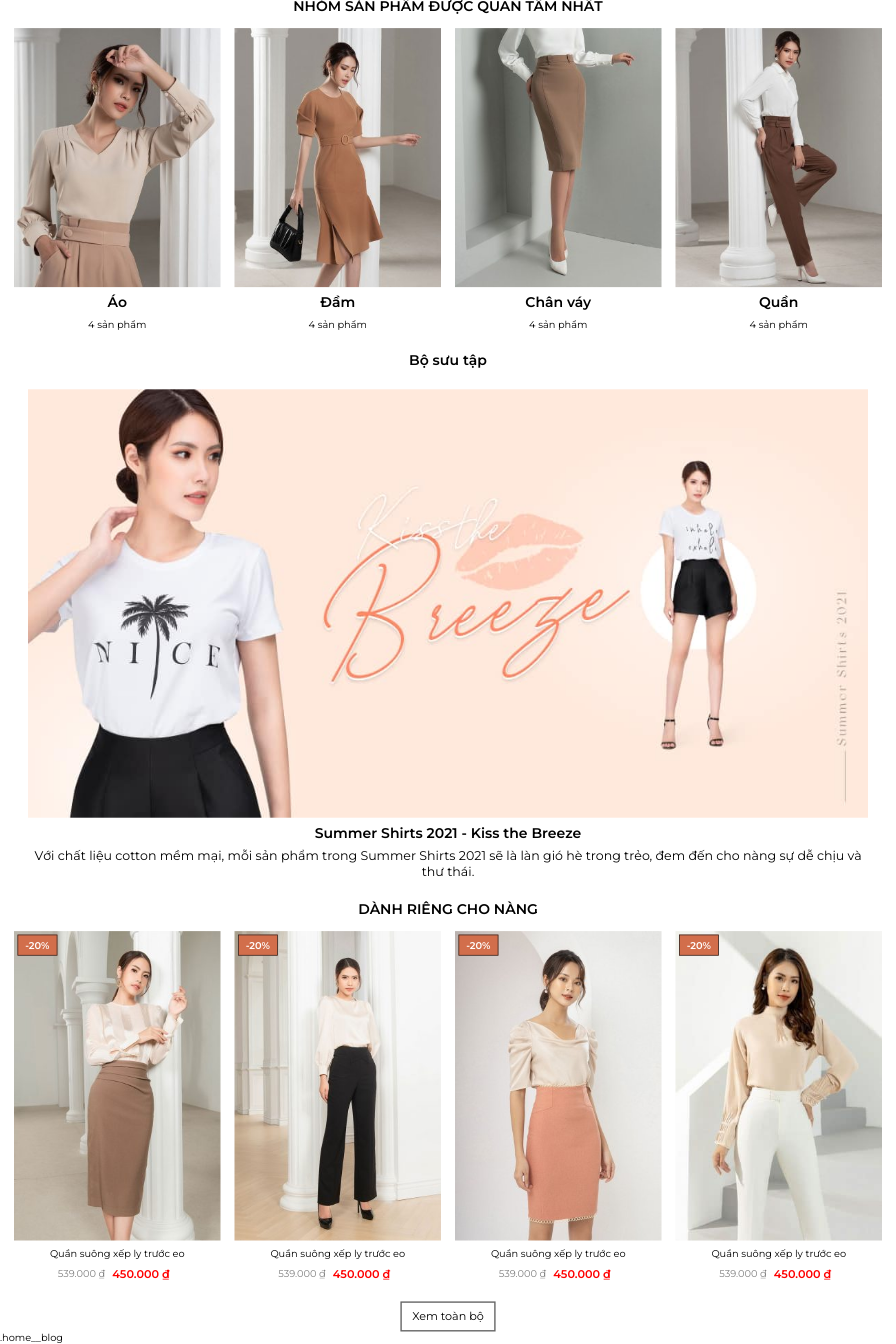
Repository: Nguyenductuan-dev/bt_j2team
Page: index.html
These files come from the project's save history. The page is drawn as it stood at one moment and after the next save; the edit follows.
The browser window is 1280 px wide. The pictures show the part of the page from y = 1413 to 3333 px (the page is 3333 px tall before and 3139 px after), at 70% of full size.

Above is the page before, as saved 2021-12-12 17:10:14.

### index.html
<!DOCTYPE html>
<html lang="en">
<head>
    <meta charset="UTF-8">
    <meta http-equiv="X-UA-Compatible" content="IE=edge">
    <meta name="viewport" content="width=device-width, initial-scale=1.0">
    <link rel="stylesheet" href="css/style.css">
    <link rel="stylesheet" href="./fonts/fontawesome-free-5.15.3-web/css/all.min.css">

    <link rel="preconnect" href="https://fonts.googleapis.com">
    <link rel="preconnect" href="https://fonts.gstatic.com" crossorigin>
    <link href="https://fonts.googleapis.com/css2?family=Montserrat:ital,wght@0,200;0,300;0,400;0,500;0,600;0,700;1,600&display=swap" rel="stylesheet">
    <title>Document</title>
</head>
<body>

    <div class="wrapper">

        <!-- HEADER -->
        <div class="header">

            <div class="header__logo">
                <a class="header__logo_link" href="">
                    <img class="header__logo_img" src="./images/logo.png" alt="">
                </a>
            </div>

            <nav class="header__navbar">
                <ul class="header__navbar_list">
                    <li class="header__navbar_item">
                        <a href="" class="header__navbar_link">Trang chủ</a>
                    </li>
                    <li class="header__navbar_item">
                        <a href="" class="header__navbar_link">Sản phẩm</a>
                    </li>
                    <li class="header__navbar_item">
                        <a href="" class="header__navbar_link">Khuyến mại</a>
                    </li>
                    <li class="header__navbar_item">
                        <a href="" class="header__navbar_link">Tin tức</a>
                    </li>
                    <li class="header__navbar_item">
                        <a href="" class="header__navbar_link">hệ thống cửa hàng</a>
                    </li>
                </ul>
            </nav>

            <div class="header__right">
                <div class="header__search">
                    <i class="fas fa-search header__search-icon"></i>
                </div>

                <div class="header__user">
                    <i class="fas fa-user header__user-icon"></i>
                </div>

                <div class="header__cart">
                    <div class="header__cart_price">
                        0 ₫
                    </div>
                    <div class="header__cart">
                        <i class="fas fa-shopping-cart header__cart_icon"></i>
                    </div>
                </div>
            </div>

        </div>

        <!-- CONTAINER -->
        <div class="container">

            <div class="banner">
                <div class="banner__link">
                    <img src="./images/banner.jpg" alt="" class="banner__img">
                </div>
            </div>
            <!-- Product -->
            <div class="home__product">
                <div class="home__product-heading">
                    <h3 class="home__product-heading-title">
                        TOP SẢN PHẨM MỚI
                    </h3>
                    <p class="home__product-heading-description">
                        Cô nàng hiện đại không thể bỏ lỡ
                    </p>
                </div>
                <div class="home__product-list">
                    <div class="home__product-item">
                        <a href="" class="home__product-item__link">
                            <img src="./images/product1.jpg" alt="" class="home__product-item__img">
                        </a>

                        <a href="">
                            <h3 class="home__product-item__title">
                                Quần suông xếp ly trước eo
                            </h3>
                        </a>
                        <div class="home__product-item__price">
                            <span class="home-product-item__price-old">539.000 ₫</span>
                            <span class="home-product-item__price-current">450.000 ₫</span>
                        </div>

                        <div class="home-product-item__sale-off">
                            <span>-20%</span>
                        </div>

                    </div>
                    <div class="home__product-item">
                        <a href="" class="home__product-item__link">
                            <img src="./images/product2.jpg" alt="" class="home__product-item__img">
                        </a>

                        <a href="">
                            <h3 class="home__product-item__title">
                                Quần suông xếp ly trước eo
                            </h3>
                        </a>
                        <div class="home__product-item__price">
                            <span class="home-product-item__price-old">539.000 ₫</span>
                            <span class="home-product-item__price-current">450.000 ₫</span>
                        </div>

                        <div class="home-product-item__sale-off">
                            <span>-20%</span>
                        </div>

                    </div>
                    <div class="home__product-item">
                        <a href="" class="home__product-item__link">
                            <img src="./images/product3.jpg" alt="" class="home__product-item__img">
                        </a>

                        <a href="">
                            <h3 class="home__product-item__title">
                                Quần suông xếp ly trước eo
                            </h3>
                        </a>
                        <div class="home__product-item__price">
                            <span class="home-product-item__price-old">539.000 ₫</span>
                            <span class="home-product-item__price-current">450.000 ₫</span>
                        </div>

                        <div class="home-product-item__sale-off">
                            <span>-20%</span>
                        </div>

                    </div>
                    <div class="home__product-item">
                        <a href="" class="home__product-item__link">
                            <img src="./images/product4.jpg" alt="" class="home__product-item__img">
                        </a>

                        <a href="">
                            <h3 class="home__product-item__title">
                                Quần suông xếp ly trước eo
                            </h3>
                        </a>
                        <div class="home__product-item__price">
                            <span class="home-product-item__price-old">539.000 ₫</span>
                            <span class="home-product-item__price-current">450.000 ₫</span>
                        </div>

                        <div class="home-product-item__sale-off">
                            <span>-20%</span>
                        </div>
                    </div>
                </div>

                <div class="home__product-total">
                    <a href="" class="home__product-total-link">Xem toàn bộ</a>
                </div>
            </div>

            <!-- Catalogue -->
            <div class="home__catalogue">
                <h3 class="home__catalogue-heading">
                    NHÓM SẢN PHẨM ĐƯỢC QUAN TÂM NHẤT
                </h3>

                <div class="home__catalogue-list">
                    <div class="home__catalogue-item">
                        <a class="home__catalogue-link" href="">
                            <img class="home__catalogue-img" src="./images/catalogue1.jpg" alt="">
                            <h3 class="home__catalogue-title">Áo</h3>
                            <p class="home__catalogue-quantily">4 sản phẩm</p>
                        </a>
                    </div>
                    <div class="home__catalogue-item">
                        <a class="home__catalogue-link" href="">
                            <img class="home__catalogue-img" src="./images/catalogue2.jpg" alt="">
                            <h3 class="home__catalogue-title">Đầm</h3>
                            <p class="home__catalogue-quantily">4 sản phẩm</p>
                        </a>
                    </div>
                    <div class="home__catalogue-item">
                        <a class="home__catalogue-link" href="">
                            <img class="home__catalogue-img" src="./images/catalogue3.jpg" alt="">
                            <h3 class="home__catalogue-title">Chân váy</h3>
                            <p class="home__catalogue-quantily">4 sản phẩm</p>
                        </a>
                    </div>
                    <div class="home__catalogue-item">
                        <a class="home__catalogue-link" href="">
                            <img class="home__catalogue-img" src="./images/catalogue4.jpg" alt="">
                            <h3 class="home__catalogue-title">Quần</h3>
                            <p class="home__catalogue-quantily">4 sản phẩm</p>
                        </a>
                    </div>
                </div>
            </div>

            <!-- Collection -->
            <div class="home_collection">
                <h3 class="home_collection-heading">
                    Bộ sưu tập
                </h3>
                <a href="" class="home_collection-link">
                    <img src="./images/banner2.jpg" alt="" class="home_collection-img">
                    <h3 class="home_collection-title">
                        Summer Shirts 2021 - Kiss the Breeze
                    </h3>
                    <p class="home_collection-description">
                        Với chất liệu cotton mềm mại, mỗi sản phẩm trong Summer Shirts 2021 sẽ là làn gió hè trong trẻo,
                        đem đến cho nàng sự dễ chịu và thư thái.
                    </p>
                </a>
            </div>

            <!-- Product -->
            <div class="home__product">
                <div class="home__product-heading">
                    <h3 class="home__product-heading-title">
                        DÀNH RIÊNG CHO NÀNG
                    </h3>
                </div>
                <div class="home__product-list">
                    <div class="home__product-item">
                        <a href="" class="home__product-item__link">
                            <img src="./images/product1.jpg" alt="" class="home__product-item__img">
                        </a>

                        <a href="">
                            <h3 class="home__product-item__title">
                                Quần suông xếp ly trước eo
                            </h3>
                        </a>
                        <div class="home__product-item__price">
                            <span class="home-product-item__price-old">539.000 ₫</span>
                            <span class="home-product-item__price-current">450.000 ₫</span>
                        </div>

                        <div class="home-product-item__sale-off">
                            <span>-20%</span>
                        </div>

                    </div>
                    <div class="home__product-item">
                        <a href="" class="home__product-item__link">
                            <img src="./images/product2.jpg" alt="" class="home__product-item__img">
                        </a>

                        <a href="">
                            <h3 class="home__product-item__title">
                                Quần suông xếp ly trước eo
                            </h3>
                        </a>
                        <div class="home__product-item__price">
                            <span class="home-product-item__price-old">539.000 ₫</span>
                            <span class="home-product-item__price-current">450.000 ₫</span>
                        </div>

                        <div class="home-product-item__sale-off">
                            <span>-20%</span>
                        </div>

                    </div>
                    <div class="home__product-item">
                        <a href="" class="home__product-item__link">
                            <img src="./images/product3.jpg" alt="" class="home__product-item__img">
                        </a>

                        <a href="">
                            <h3 class="home__product-item__title">
                                Quần suông xếp ly trước eo
                            </h3>
                        </a>
                        <div class="home__product-item__price">
                            <span class="home-product-item__price-old">539.000 ₫</span>
                            <span class="home-product-item__price-current">450.000 ₫</span>
                        </div>

                        <div class="home-product-item__sale-off">
                            <span>-20%</span>
                        </div>

                    </div>
                    <div class="home__product-item">
                        <a href="" class="home__product-item__link">
                            <img src="./images/product4.jpg" alt="" class="home__product-item__img">
                        </a>

                        <a href="">
                            <h3 class="home__product-item__title">
                                Quần suông xếp ly trước eo
                            </h3>
                        </a>
                        <div class="home__product-item__price">
                            <span class="home-product-item__price-old">539.000 ₫</span>
                            <span class="home-product-item__price-current">450.000 ₫</span>
                        </div>

                        <div class="home-product-item__sale-off">
                            <span>-20%</span>
                        </div>
                    </div>
                </div>

                <div class="home__product-total">
                    <a href="" class="home__product-total-link">Xem toàn bộ</a>
                </div>
            </div>

            <div class="home__blog">
                .home__blog
            </div>
        </div>

    </div>

    <script src="javascript/main.js"></script>
</body>
</html>

### css/style.css
* {
    margin: 0;
    padding: 0;
    box-sizing: border-box;
    outline: 0;
}

img {
    display: block;
    max-width: 100%;
    margin: 0;
}

a {
    text-decoration: none;
    color: inherit;
}

h1, h2, h3, h4, h5, h6 {
    font-size: 14px;
    font-weight: 400;
}

p, ul {
    margin: 0;
    padding: 0;
}

body {
    font-family: "Montserrat", sans-serif;
    font-weight: 400;
    font-size: 14px;
}


.header {
    display: flex;
    justify-content: space-between;
    align-items: center;
    padding: 20px;
    flex-wrap: wrap;
    border-bottom: 1px solid #ccc;
}
.header__navbar {
    flex: 1;
}

.header__navbar_list {
    display: flex;
    list-style: none;
    font-size: 14px;
    text-transform: uppercase;
    font-weight: 600;
}
.header__navbar_item {
    padding: 0 20px;
}

.header__right {
    display: flex;
    justify-content: space-between;
    flex-wrap: wrap;
    width: 150px;
    align-items: center;
}

.header__search-icon,
.header__user-icon,
.header__cart_icon{
    font-size: 20px;
    font-weight: 300;
}
.header__cart {
    display: flex;
    justify-content: space-between;

}
.header__user {
    padding: 3px 15px;
    border-left: 1px solid #ccc;
    border-right: 1px solid #ccc;

}
.header__cart_price {
    padding: 0 5px;
    font-size: 14px;
}

/* CONTAINER */
.home__product {
    margin-top: 30px;
}
.home__product-heading {
    text-align: center;
}
.home__product-heading-title {
    font-size: 20px;
    font-weight: 600;
    text-transform: uppercase;
    margin-bottom: 10px;
}

.home__product-heading-description {
    font-size: 16px;
}

.home__product-list {
    margin-top:  20px;
    display: grid;
    grid-template-columns: 1fr 1fr 1fr 1fr;
    grid-gap: 20px;
    padding: 0 20px;
}
.home__product-item {
    position: relative;
}
.home__product-item__img {
    width: 100%;
    margin-bottom: 10px;
}
.home__product-item__title {
    font-size: 14px;
    text-align: center;
    margin-bottom: 10px;
}

.home__product-item__price {
    display: flex;
    justify-content: center;
}
.home-product-item__price-old {
    font-size: 14px;
    color: gray;
}
.home-product-item__price-current {
    font-size: 16px;
    color: red;
    font-weight: 600;
    padding: 0 10px;
}
.home-product-item__sale-off {
    position:absolute;
    top:5px;
    left: 5px;
    padding: 5px 10px;
    background-color: #d26e4b;
    color: #fff;
    font-weight: 600;
    border: 1px solid #222;
}
.home__product-total {
    margin-top: 30px;
    text-align: center;
}
.home__product-total-link {
    display: inline-block;
    font-size: 16px;
    padding: 10px 15px;
    border: 2px solid #666;
}

/* CATALOGUE */

.home__catalogue {
    margin-top: 50px;
}

.home__catalogue-heading {
    text-align: center;
    font-size: 20px;
    font-weight: 600;
}
.home__catalogue-list {
    margin-top:  20px;
    display: grid;
    grid-template-columns: 1fr 1fr 1fr 1fr;
    grid-gap: 20px;
    padding: 0 20px;
}
.home__catalogue-link {
    display: block;
}
.home__catalogue-img {
    width: 100%;
    margin-bottom: 10px;
}
.home__catalogue-title {
    font-size: 20px;
    font-weight: 600;
    text-align: center;
    margin-bottom: 10px;

}
.home__catalogue-quantily {
    text-align: center;
    font-size: 14px;
}

/* COLECTTION */
.home_collection {
    max-width: 1200px;
    margin: 30px auto;
}
.home_collection-heading {
    font-size: 20px;
    font-weight: 600;
    text-align: center;
}
.home_collection-link {
    display: block;
    margin-top: 30px;
}
.home_collection-img {
    width: 100%;
    margin-bottom: 10px;
}
.home_collection-title {
    font-weight: 600;
    font-size: 20px;
    text-align: center;
    margin-bottom: 10px;
}
.home_collection-description {
    font-size: 18px;
    text-align: center;
}

Loaded but not shown: fonts/fontawesome-free-5.15.3-web/css/all.min.css (library); javascript/main.js (no stored copy; drawn as an empty file)

After the next save:
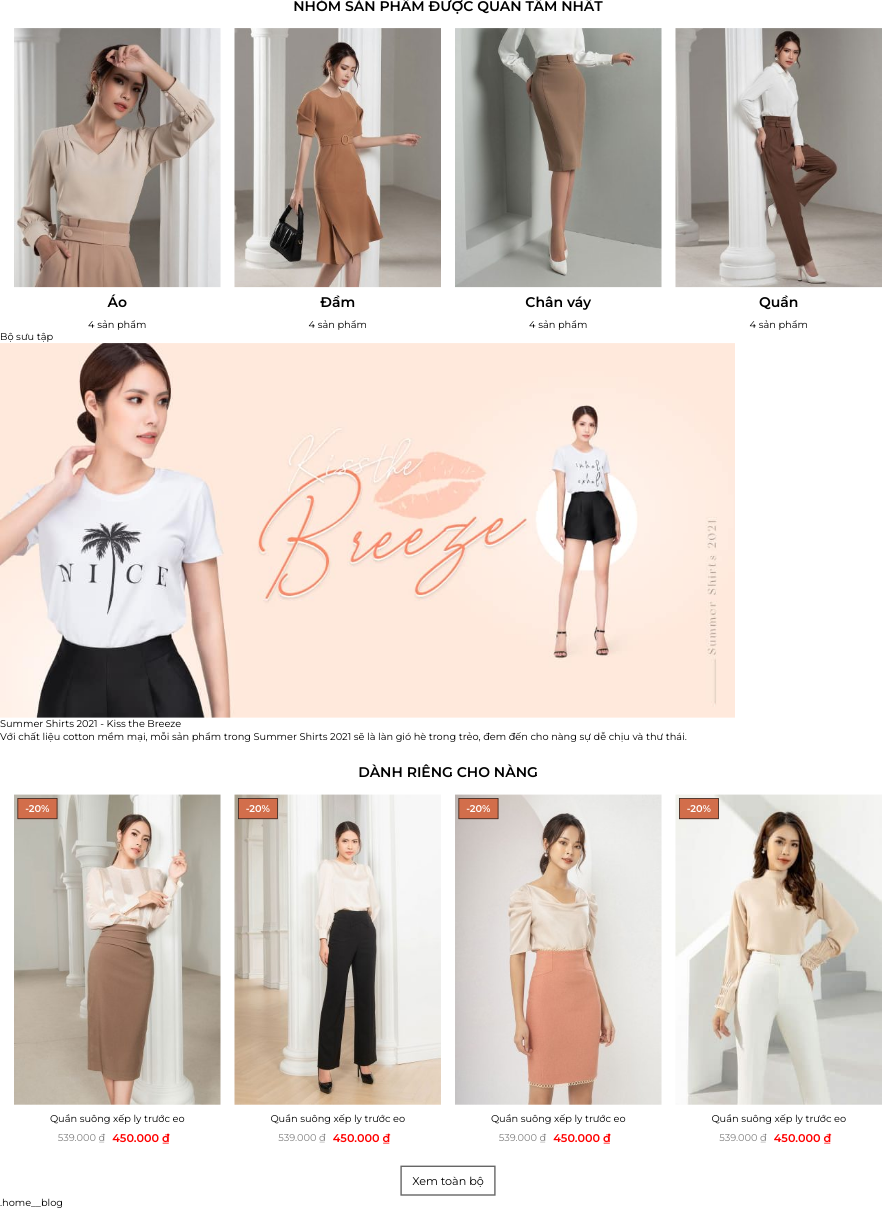
Saved 14 s later.
--- a/css/style.css
+++ b/css/style.css
@@ -197,30 +197,30 @@
 }
 
 /* COLECTTION */
-.home_collection {
+.home__collection {
     max-width: 1200px;
     margin: 30px auto;
 }
-.home_collection-heading {
-    font-size: 20px;
-    font-weight: 600;
-    text-align: center;
-}
-.home_collection-link {
+.home__collection-heading {
+    font-size: 20px;
+    font-weight: 600;
+    text-align: center;
+}
+.home__collection-link {
     display: block;
     margin-top: 30px;
 }
-.home_collection-img {
+.home__collection-img {
     width: 100%;
     margin-bottom: 10px;
 }
-.home_collection-title {
-    font-weight: 600;
-    font-size: 20px;
-    text-align: center;
-    margin-bottom: 10px;
-}
-.home_collection-description {
+.home__collection-title {
+    font-weight: 600;
+    font-size: 20px;
+    text-align: center;
+    margin-bottom: 10px;
+}
+.home__collection-description {
     font-size: 18px;
     text-align: center;
 }

After the save that followed:
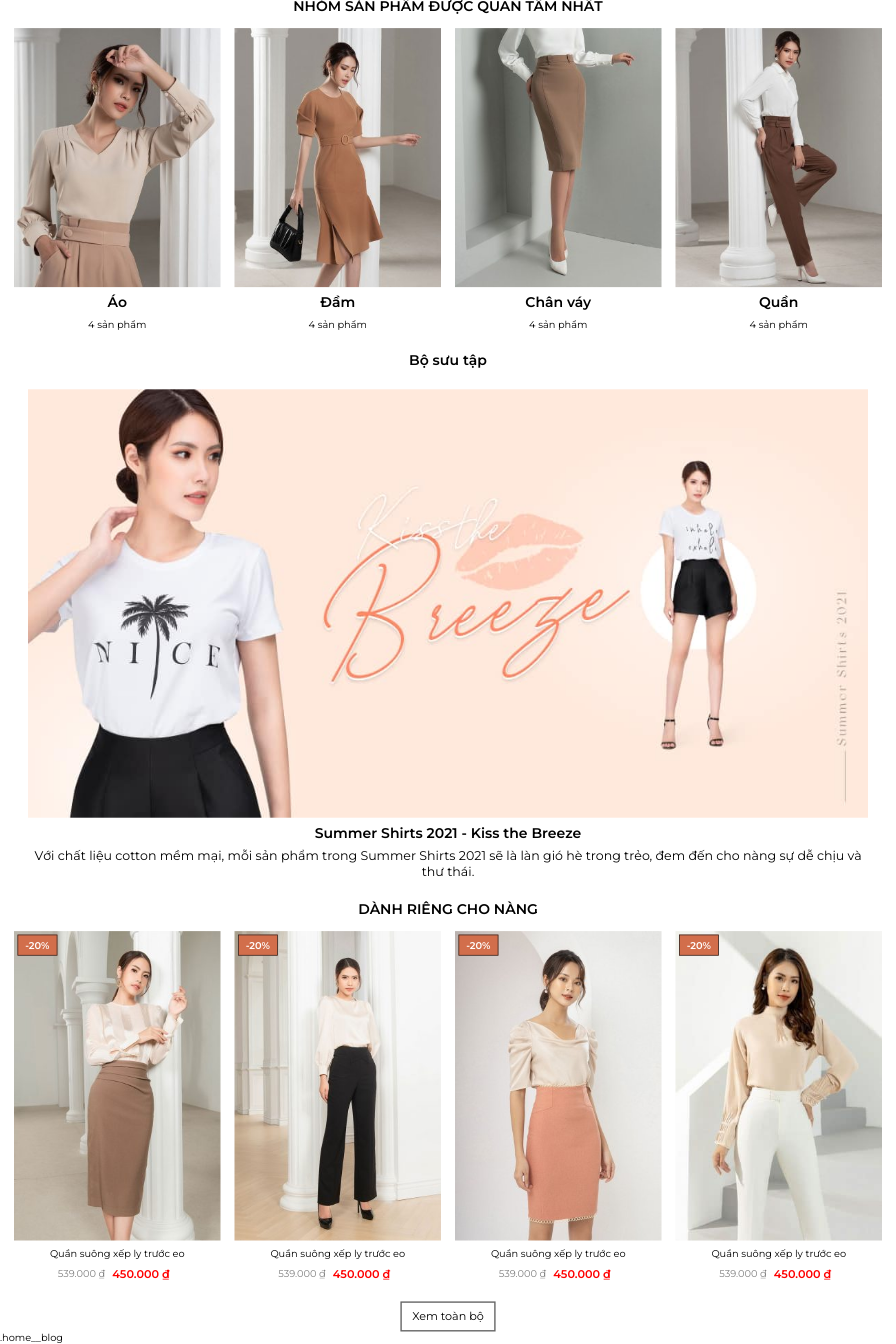
Saved 20 s later.
--- a/index.html
+++ b/index.html
@@ -210,16 +210,16 @@
             </div>
 
             <!-- Collection -->
-            <div class="home_collection">
-                <h3 class="home_collection-heading">
+            <div class="home__collection">
+                <h3 class="home__collection-heading">
                     Bộ sưu tập
                 </h3>
-                <a href="" class="home_collection-link">
-                    <img src="./images/banner2.jpg" alt="" class="home_collection-img">
-                    <h3 class="home_collection-title">
+                <a href="" class="home__collection-link">
+                    <img src="./images/banner2.jpg" alt="" class="home__collection-img">
+                    <h3 class="home__collection-title">
                         Summer Shirts 2021 - Kiss the Breeze
                     </h3>
-                    <p class="home_collection-description">
+                    <p class="home__collection-description">
                         Với chất liệu cotton mềm mại, mỗi sản phẩm trong Summer Shirts 2021 sẽ là làn gió hè trong trẻo,
                         đem đến cho nàng sự dễ chịu và thư thái.
                     </p>
